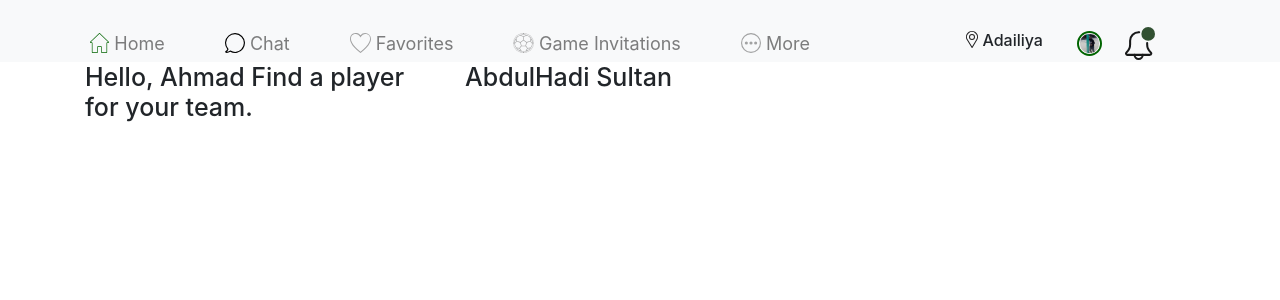
Repository: usman-yousuf/football-website
Page: Home/home.html
An editor plug-in stored every save of this project. The page is shown before and after a run of saves, followed by the edit.
The browser window is 1280 px wide. The pictures show the whole page.

Above is the page before, as saved 2021-08-18 11:32:25.
Console error: ReferenceError: $ is not defined

### Home/home.html
<!DOCTYPE html>
<html lang="en">
  <head>
    <meta charset="UTF-8" />
    <meta http-equiv="X-UA-Compatible" content="IE=edge" />
    <meta name="viewport" content="width=device-width, initial-scale=1.0" />
    <link
      rel="stylesheet"
      href="https://cdn.jsdelivr.net/npm/bootstrap@4.6.0/dist/css/bootstrap.min.css"
      integrity="sha384-B0vP5xmATw1+K9KRQjQERJvTumQW0nPEzvF6L/Z6nronJ3oUOFUFpCjEUQouq2+l"
      crossorigin="anonymous"
    />
    <link rel="preconnect" href="https://fonts.googleapis.com" />
    <link rel="preconnect" href="https://fonts.gstatic.com" crossorigin />
    <link
      href="https://fonts.googleapis.com/css2?family=Nunito+Sans:wght@700&display=swap"
      rel="stylesheet"
    />
    <link
      rel="stylesheet"
      href="https://cdnjs.cloudflare.com/ajax/libs/font-awesome/4.7.0/css/font-awesome.min.css"
      integrity="sha512-SfTiTlX6kk+qitfevl/7LibUOeJWlt9rbyDn92a1DqWOw9vWG2MFoays0sgObmWazO5BQPiFucnnEAjpAB+/Sw=="
      crossorigin="anonymous"
    />

    <link rel="stylesheet" href="../assets/main.css" />

    <title>Index.html</title>
    <style></style>
  </head>
  <body>
    <!-- .................Home Page Start ......................... -->

    <!-- .................Home Page NavBar Start ......................... -->

    <nav class="navbar navbar-expand-md navbar-light bg-light">
      <button
        class="navbar-toggler"
        type="button"
        data-toggle="collapse"
        data-target="#navbarTogglerDemo03"
        aria-controls="navbarTogglerDemo03"
        aria-expanded="false"
        aria-label="Toggle navigation"
      >
        <span class="navbar-toggler-icon"></span>
      </button>

      <div class="container">
        <div class="collapse navbar-collapse" id="navbarTogglerDemo03">
          <ul class="navbar-nav mr-auto mt-2 mt-lg-0">
            <li class="nav-item ml-0">
              <a class="nav-link" href="#">
                <span>
                  <img
                    src="../assets/images/home.svg"
                    class="img-fluid"
                    alt="navbar_home"
                  />
                </span>
                Home <span class="sr-only">(current)</span></a
              >
            </li>
            <li class="nav-item">
              <a class="nav-link" href="#">
                <span>
                  <img
                    src="../assets/images/chat.svg"
                    class="img-fluid"
                    alt="navbar_chat"
                  />
                </span>
                Chat</a
              >
            </li>
            <!-- <li class="nav-item dropdown dmenu">
            <a
              class="nav-link dropdown-toggle"
              href="#"
              id="navbardrop"
              data-toggle="dropdown"
            >
              Our Service
            </a>
            <div class="dropdown-menu sm-menu">
              <a class="dropdown-item" href="#">service2</a>
              <a class="dropdown-item" href="#">service 2</a>
              <a class="dropdown-item" href="#">service 3</a>
            </div>
          </li> -->
            <li class="nav-item">
              <a class="nav-link" href="#">
                <span>
                  <img
                    src="../assets/images/favrticon.svg"
                    class="img-fluid"
                    alt="navbar_fvrt"
                  />
                </span>
                Favorites</a
              >
            </li>
            <li class="nav-item">
              <a class="nav-link" href="#">
                <span>
                  <img
                    src="../assets/images/GameInvitation.svg"
                    class="img-fluid"
                    alt="navbar_home"
                  />
                </span>
                Game Invitations</a
              >
            </li>

            <li class="nav-item">
              <a class="nav-link" href="#">
                <span>
                  <img
                    src="../assets/images/moreoption.svg"
                    class="img-fluid"
                    alt="navbar_home"
                  />
                </span>
                More</a
              >
            </li>
          </ul>
          <div class="social-part">
            <a>
              <img
                src="../assets/images/Location.svg"
                class="img-fluid nav_location_img"
                alt="navbar_home"
              />
              <span> Adailiya </span>
            </a>
            <img
              src="../assets/images/Group 24.png"
              class="img-fluid nav_profile"
              alt="Navbar_profile"
            />
            <img
              src="../assets/images/notification.svg"
              class="img-fluid nav_notification_img"
              alt="navbar_home"
            />
          </div>
        </div>
      </div>
    </nav>
    <!-- .................Home Page NavBar End ......................... -->

    <!-- .................Home Page Slider Section Start......................... -->
    <div class="container">
      <div class="row">
        <div class="col-lg-4">
          <div>
            <h1>Hello, Ahmad Find a player for your team.</h1>
          </div>
        </div>
        <div class="col-lg-8">
          <h1>AbdulHadi Sultan</h1>
        </div>
      </div>
    </div>
    <!-- .................Home Page Slider Section End ......................... -->

    <!-- .................Home Page End ......................... -->
    <script src="../assets/main.js"></script>
    <script
      src="https://code.jquery.com/jquery-3.5.1.slim.min.js"
      integrity="sha384-DfXdz2htPH0lsSSs5nCTpuj/zy4C+OGpamoFVy38MVBnE+IbbVYUew+OrCXaRkfj"
      crossorigin="anonymous"
    ></script>
    <script
      src="https://cdn.jsdelivr.net/npm/bootstrap@4.6.0/dist/js/bootstrap.bundle.min.js"
      integrity="sha384-Piv4xVNRyMGpqkS2by6br4gNJ7DXjqk09RmUpJ8jgGtD7zP9yug3goQfGII0yAns"
      crossorigin="anonymous"
    ></script>
  </body>
</html>

### assets/main.css
* {
  padding: 0%;
  margin: 0%;
  box-sizing: border-box;
}
html {
  font-size: 62.5%;
}

/* .................Home Page CSS Start .........................  */
/*
.social-part .fa img {
  padding-right: 20px;
} */
/* ul li a {
  margin-right: 20px;
} */
.navbar-expand-md {
  padding: 2.5rem 0rem 0rem 0rem;
}
.nav-item img {
  margin-top: -0.4rem;
}
.navbar-nav li {
  font-size: 1.8rem;
  color: #212121;
  margin-left: 5rem;
}
.social-part a {
  margin-right: 1rem;
  font-size: 1.6rem;
  font-weight: 500;
}
.social-part {
  margin-right: 4rem;
}
.nav_profile {
  width: 2.5rem;
  border: 0.2rem solid #006400;
  border-radius: 10rem;
  margin-left: 2rem;
}
.nav_notification_img {
  width: 3rem;
  margin-left: 2rem;
}
.nav_location_img {
  margin-top: -0.4rem;
  width: 1.2rem;
}
/* .................Home Page CSS End .........................  */

### assets/main.js
$(document).ready(function () {
  $(".navbar-light .dmenu").hover(
    function () {
      $(this).find(".sm-menu").first().stop(true, true).slideDown(150);
    },
    function () {
      $(this).find(".sm-menu").first().stop(true, true).slideUp(105);
    }
  );
});

After the next 2 saves:
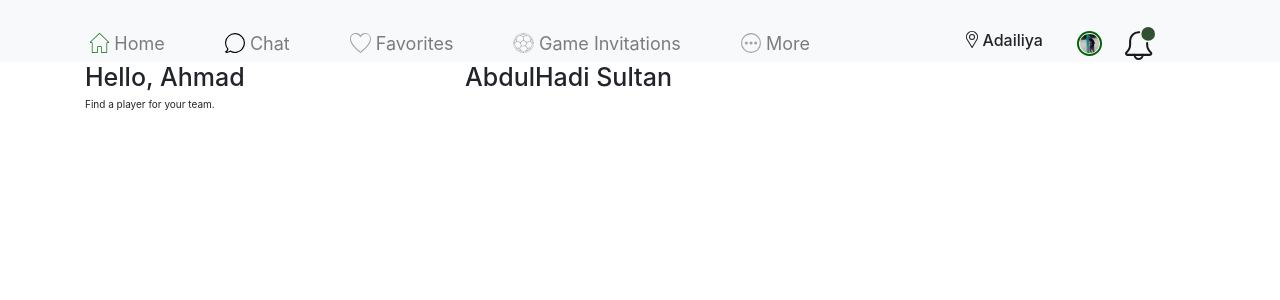
The 2 saves are shown as one change because they came seconds apart.
The last was saved 6 s later.
--- a/Home/home.html
+++ b/Home/home.html
@@ -156,7 +156,8 @@
       <div class="row">
         <div class="col-lg-4">
           <div>
-            <h1>Hello, Ahmad Find a player for your team.</h1>
+            <h1>Hello, Ahmad</h1>
+            <p>Find a player for your team.</p>
           </div>
         </div>
         <div class="col-lg-8">
